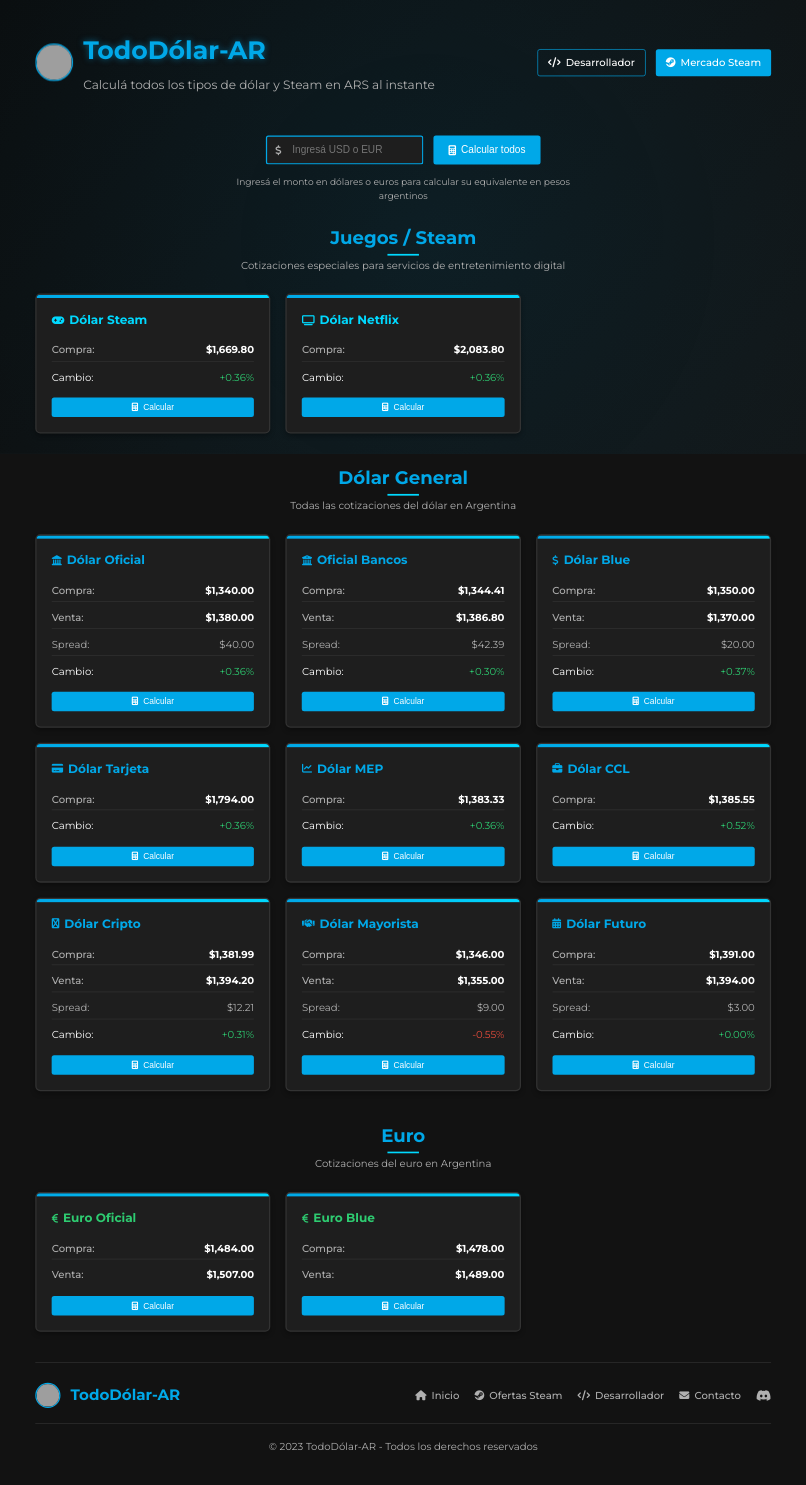
Repository: FabriDevelope/todod-lar-ar
Page: inicio/index.html
These files come from the project's save history. The page is drawn as it stood at one moment and after the next save; the edit follows.
The browser window is 1280 px wide. The pictures show the whole page, at 63% of full size.
Pictures or frames that could not be fetched are drawn as grey boxes.

Above is the page before, as saved 2025-09-06 21:17:29.

### inicio/index.html
<!DOCTYPE html>
<html lang="es">
<head>
    <meta charset="UTF-8">
    <meta name="viewport" content="width=device-width, initial-scale=1.0">
    <title>TodoDólar-AR - Calculá todos los tipos de dólar y Steam en ARS al instante</title>
    <link rel="stylesheet" href="../css/style.css">
    <link rel="icon" type="image/png" href="favicon.png">
    <link href="https://fonts.googleapis.com/css2?family=Montserrat:wght@400;500;700&display=swap" rel="stylesheet">
    <link rel="stylesheet" href="https://cdnjs.cloudflare.com/ajax/libs/font-awesome/6.4.0/css/all.min.css">
</head>
<body>
    <!-- Fondo animado -->
    <div class="animated-bg"></div>

    <div class="container">
        <!-- Header -->
        <header class="header">
            <div class="header-content">
                <div class="header-logo">
                    <img src="https://i.imgur.com/8zXZJ7I.png" alt="TodoDólar-AR Logo" class="logo-img">
                    <div>
                        <h1 class="header-title">TodoDólar-AR</h1>
                        <p class="header-subtitle">Calculá todos los tipos de dólar y Steam en ARS al instante</p>
                    </div>
                </div>
                <div class="header-links">
                    <a href="https://fabridevs.netlify.app" target="_blank" class="dev-link">
                        <i class="fas fa-code"></i> Desarrollador
                    </a>
                    <a href="https://store.steampowered.com/search/?filter=topsellers&specials=1" target="_blank" class="steam-btn">
                        <i class="fab fa-steam"></i> Mercado Steam
                    </a>
                </div>
            </div>
        </header>

        <!-- Input de cálculo -->
        <section class="calculation-section">
            <div class="input-container">
                <div class="input-group">
                    <i class="fas fa-dollar-sign input-icon"></i>
                    <input type="number" id="currency-input" placeholder="Ingresá USD o EUR" step="0.01" min="0">
                </div>
                <button id="calculate-all-btn" class="calculate-btn">
                    <i class="fas fa-calculator"></i> Calcular todos
                </button>
            </div>
            <p class="input-description">Ingresá el monto en dólares o euros para calcular su equivalente en pesos argentinos</p>
        </section>

        <!-- Tarjetas de Juegos/Steam -->
        <section class="card-section">
            <div class="section-header">
                <h2 class="section-title">Juegos / Steam</h2>
                <p class="section-description">Cotizaciones especiales para servicios de entretenimiento digital</p>
            </div>
            <div class="cards-grid" id="steam-cards">
                <!-- Las tarjetas se generarán con JavaScript -->
            </div>
        </section>

        <!-- Tarjetas de Dólar General -->
        <section class="card-section">
            <div class="section-header">
                <h2 class="section-title">Dólar General</h2>
                <p class="section-description">Todas las cotizaciones del dólar en Argentina</p>
            </div>
            <div class="cards-grid" id="general-cards">
                <!-- Las tarjetas se generarán con JavaScript -->
            </div>
        </section>

        <!-- Tarjetas de Euro -->
        <section class="card-section">
            <div class="section-header">
                <h2 class="section-title">Euro</h2>
                <p class="section-description">Cotizaciones del euro en Argentina</p>
            </div>
            <div class="cards-grid" id="euro-cards">
                <!-- Las tarjetas se generarán con JavaScript -->
            </div>
        </section>

        <!-- Footer -->
        <footer class="footer">
            <div class="footer-content">
                <div class="footer-logo">
                    <img src="https://i.imgur.com/8zXZJ7I.png" alt="TodoDólar-AR Logo" class="footer-logo-img">
                    <span class="footer-title">TodoDólar-AR</span>
                </div>
                <div class="footer-links">
                    <a href="index.html" class="footer-link">
                        <i class="fas fa-home"></i> Inicio
                    </a>
                    <a href="https://store.steampowered.com/search/?filter=topsellers&specials=1" target="_blank" class="footer-link">
                        <i class="fab fa-steam"></i> Ofertas Steam
                    </a>
                    <a href="https://fabridevs.netlify.app" target="_blank" class="footer-link">
                        <i class="fas fa-code"></i> Desarrollador
                    </a>
                    <a href="contacto/index.html" class="footer-link">
                        <i class="fas fa-envelope"></i> Contacto
                    </a>
                    <a href="https://discord.gg/your-invite-code" target="_blank" class="footer-link discord-link">
                        <i class="fab fa-discord"></i>
                    </a>
                </div>
            </div>
            <div class="footer-bottom">
                <p>&copy; 2023 TodoDólar-AR - Todos los derechos reservados</p>
            </div>
        </footer>
    </div>

    <!-- Modal para cálculo específico -->
    <div id="calc-modal" class="modal">
        <div class="modal-content">
            <div class="modal-header">
                <h3 class="modal-title" id="modal-title">Calculadora de Moneda</h3>
                <button class="modal-close-btn" id="modal-close-btn">
                    <i class="fas fa-times"></i>
                </button>
            </div>
            <div class="modal-body">
                <div class="calc-section">
                    <h4>ARS a <span id="currency-name">Moneda</span></h4>
                    <div class="calc-input-group">
                        <input type="number" id="ars-input" placeholder="Ingresá ARS" step="0.01" min="0">
                        <button class="calc-btn" id="ars-to-currency-btn">Calcular</button>
                    </div>
                    <div class="calc-result" id="ars-to-currency-result">
                        <span class="result-label">Resultado:</span>
                        <span class="result-value">0.00</span>
                    </div>
                </div>
                <div class="calc-section">
                    <h4><span id="currency-name-2">Moneda</span> a ARS</h4>
                    <div class="calc-input-group">
                        <input type="number" id="currency-input-modal" placeholder="Ingresá monto" step="0.01" min="0">
                        <button class="calc-btn" id="currency-to-ars-btn">Calcular</button>
                    </div>
                    <div class="calc-result" id="currency-to-ars-result">
                        <span class="result-label">Resultado:</span>
                        <span class="result-value">$0.00</span>
                    </div>
                </div>
            </div>
            <div class="modal-footer">
                <button class="modal-close-footer-btn" id="modal-close-footer-btn">Cerrar</button>
            </div>
        </div>
    </div>

    <script src="../js/script.js"></script>
</body>
</html>

### css/style.css
:root {
    --primary-color: #00a8e8; /* Celeste */
    --secondary-color: #005792; /* Azul oscuro */
    --accent-color: #00d9ff; /* Celeste más brillante */
    --dark-bg: #121212; /* Fondo oscuro */
    --darker-bg: #0a0a0a; /* Fondo más oscuro */
    --card-bg: #1e1e1e; /* Fondo de tarjetas */
    --light-text: #ffffff; /* Texto claro */
    --medium-text: #b0b0b0; /* Texto medio */
    --border-color: #333333; /* Color de bordes */
    --shadow: 0 4px 8px rgba(0, 0, 0, 0.3);
    --hover-shadow: 0 8px 16px rgba(0, 0, 0, 0.5);
    --transition: all 0.3s ease;
}

* {
    margin: 0;
    padding: 0;
    box-sizing: border-box;
}

body {
    font-family: 'Montserrat', sans-serif;
    background-color: var(--dark-bg);
    color: var(--light-text);
    line-height: 1.6;
    overflow-x: hidden;
    position: relative;
}

/* Fondo animado */
.animated-bg {
    position: fixed;
    top: 0;
    left: 0;
    width: 100%;
    height: 100%;
    z-index: -1;
    background: linear-gradient(135deg, #0a0a0a 0%, #121212 100%);
    overflow: hidden;
}

.animated-bg::before {
    content: '';
    position: absolute;
    top: -50%;
    left: -50%;
    width: 200%;
    height: 200%;
    background: radial-gradient(circle, rgba(0, 168, 232, 0.1) 0%, transparent 70%);
    animation: pulse 15s infinite alternate;
}

@keyframes pulse {
    0% {
        transform: translate(-10%, -10%) rotate(0deg);
    }
    100% {
        transform: translate(10%, 10%) rotate(360deg);
    }
}

.container {
    max-width: 1200px;
    margin: 0 auto;
    padding: 1rem;
    position: relative;
    z-index: 1;
}

/* Header Styles */
.header {
    padding: 2rem 0;
    animation: fadeIn 1s ease-in-out;
}

@keyframes fadeIn {
    from { opacity: 0; transform: translateY(-20px); }
    to { opacity: 1; transform: translateY(0); }
}

.header-content {
    display: flex;
    justify-content: space-between;
    align-items: center;
    flex-wrap: wrap;
    gap: 1rem;
}

.header-logo {
    display: flex;
    align-items: center;
    gap: 1rem;
}

.logo-img {
    width: 60px;
    height: 60px;
    border-radius: 50%;
    border: 2px solid var(--primary-color);
    animation: rotate 20s infinite linear;
}

@keyframes rotate {
    from { transform: rotate(0deg); }
    to { transform: rotate(360deg); }
}

.header-title {
    font-size: 2.5rem;
    font-weight: 700;
    color: var(--primary-color);
    margin-bottom: 0.5rem;
    text-shadow: 0 0 10px rgba(0, 168, 232, 0.5);
}

.header-subtitle {
    font-size: 1.2rem;
    color: var(--medium-text);
}

.header-links {
    display: flex;
    gap: 1rem;
}

.dev-link {
    color: var(--light-text);
    text-decoration: none;
    font-weight: 500;
    padding: 0.5rem 1rem;
    border: 1px solid var(--primary-color);
    border-radius: 4px;
    transition: var(--transition);
    display: flex;
    align-items: center;
    gap: 0.5rem;
}

.dev-link:hover {
    background-color: var(--primary-color);
    color: var(--dark-bg);
    transform: translateY(-2px);
}

.steam-btn, .back-btn {
    background-color: var(--primary-color);
    color: var(--light-text);
    border: none;
    padding: 0.5rem 1rem;
    border-radius: 4px;
    font-weight: 500;
    cursor: pointer;
    text-decoration: none;
    display: inline-flex;
    align-items: center;
    gap: 0.5rem;
    transition: var(--transition);
}

.steam-btn:hover, .back-btn:hover {
    background-color: var(--secondary-color);
    transform: translateY(-2px);
}

/* Input Section */
.calculation-section {
    margin: 2rem 0;
    text-align: center;
}

.input-container {
    display: flex;
    justify-content: center;
    gap: 1rem;
    flex-wrap: wrap;
    margin-bottom: 1rem;
}

.input-group {
    position: relative;
    display: flex;
    align-items: center;
}

.input-icon {
    position: absolute;
    left: 15px;
    color: var(--medium-text);
}

#currency-input {
    padding: 0.75rem 0.75rem 0.75rem 40px;
    border: 2px solid var(--primary-color);
    border-radius: 4px;
    font-size: 1rem;
    width: 250px;
    background-color: var(--card-bg);
    color: var(--light-text);
    transition: var(--transition);
}

#currency-input:focus {
    outline: none;
    border-color: var(--accent-color);
    box-shadow: 0 0 10px rgba(0, 217, 255, 0.3);
}

.input-description {
    color: var(--medium-text);
    font-size: 0.9rem;
    max-width: 600px;
    margin: 0 auto;
}

.calculate-btn {
    background-color: var(--primary-color);
    color: var(--light-text);
    border: none;
    padding: 0.75rem 1.5rem;
    border-radius: 4px;
    font-size: 1rem;
    font-weight: 500;
    cursor: pointer;
    transition: var(--transition);
    display: flex;
    align-items: center;
    gap: 0.5rem;
}

.calculate-btn:hover {
    background-color: var(--secondary-color);
    transform: translateY(-2px);
}

/* Card Section */
.section-header {
    text-align: center;
    margin-bottom: 2rem;
}

.section-title {
    font-size: 1.8rem;
    font-weight: 700;
    color: var(--primary-color);
    margin-bottom: 0.5rem;
    position: relative;
    display: inline-block;
}

.section-title::after {
    content: '';
    position: absolute;
    bottom: -5px;
    left: 50%;
    transform: translateX(-50%);
    width: 50px;
    height: 3px;
    background-color: var(--accent-color);
}

.section-description {
    color: var(--medium-text);
    max-width: 600px;
    margin: 0 auto;
}

.cards-grid {
    display: grid;
    grid-template-columns: repeat(auto-fill, minmax(280px, 1fr));
    gap: 1.5rem;
    margin-bottom: 3rem;
}

.card {
    background-color: var(--card-bg);
    border: 2px solid var(--border-color);
    border-radius: 8px;
    padding: 1.5rem;
    box-shadow: var(--shadow);
    transition: var(--transition);
    animation: fadeInUp 0.5s ease-in-out;
    position: relative;
    overflow: hidden;
}

@keyframes fadeInUp {
    from { opacity: 0; transform: translateY(20px); }
    to { opacity: 1; transform: translateY(0); }
}

.card::before {
    content: '';
    position: absolute;
    top: 0;
    left: 0;
    width: 100%;
    height: 5px;
    background: linear-gradient(90deg, var(--primary-color), var(--accent-color));
}

.card:hover {
    transform: translateY(-5px);
    box-shadow: var(--hover-shadow);
    border-color: var(--primary-color);
}

.card-title {
    font-size: 1.2rem;
    font-weight: 700;
    margin-bottom: 1rem;
    display: flex;
    align-items: center;
    gap: 0.5rem;
}

.card-title i {
    font-size: 1rem;
}

.card-values {
    margin-bottom: 1rem;
}

.card-value {
    display: flex;
    justify-content: space-between;
    margin-bottom: 0.5rem;
    padding: 0.25rem 0;
    border-bottom: 1px solid var(--border-color);
}

.card-value:last-child {
    border-bottom: none;
}

.card-value span:first-child {
    font-weight: 500;
    color: var(--medium-text);
}

.card-value span:last-child {
    font-weight: 700;
    color: var(--light-text);
}

.card-spread {
    display: flex;
    justify-content: space-between;
    margin-bottom: 0.5rem;
    color: var(--medium-text);
    padding: 0.25rem 0;
    border-bottom: 1px solid var(--border-color);
}

.card-change {
    display: flex;
    justify-content: space-between;
    margin-bottom: 1rem;
    padding: 0.25rem 0;
}

.positive {
    color: #2ecc71;
}

.negative {
    color: #e74c3c;
}

.card-btn {
    background-color: var(--primary-color);
    color: var(--light-text);
    border: none;
    padding: 0.5rem 1rem;
    border-radius: 4px;
    font-weight: 500;
    cursor: pointer;
    width: 100%;
    transition: var(--transition);
    display: flex;
    align-items: center;
    justify-content: center;
    gap: 0.5rem;
}

.card-btn:hover {
    background-color: var(--secondary-color);
}

/* Modal Styles */
.modal {
    display: none;
    position: fixed;
    top: 0;
    left: 0;
    width: 100%;
    height: 100%;
    background-color: rgba(0, 0, 0, 0.8);
    z-index: 1000;
    animation: fadeIn 0.3s ease-in-out;
}

.modal-content {
    position: relative;
    background-color: var(--card-bg);
    margin: 5% auto;
    padding: 0;
    border: 2px solid var(--primary-color);
    border-radius: 8px;
    width: 90%;
    max-width: 500px;
    box-shadow: var(--hover-shadow);
    animation: slideIn 0.3s ease-in-out;
}

@keyframes slideIn {
    from { transform: translateY(-50px); opacity: 0; }
    to { transform: translateY(0); opacity: 1; }
}

.modal-header {
    display: flex;
    justify-content: space-between;
    align-items: center;
    padding: 1rem;
    border-bottom: 1px solid var(--border-color);
}

.modal-title {
    font-size: 1.5rem;
    font-weight: 700;
    color: var(--primary-color);
}

.modal-close-btn {
    background: none;
    border: none;
    color: var(--medium-text);
    font-size: 1.5rem;
    cursor: pointer;
    transition: var(--transition);
}

.modal-close-btn:hover {
    color: var(--light-text);
}

.modal-body {
    padding: 1.5rem;
}

.calc-section {
    margin-bottom: 1.5rem;
}

.calc-section:last-child {
    margin-bottom: 0;
}

.calc-section h4 {
    font-size: 1.2rem;
    margin-bottom: 1rem;
    color: var(--light-text);
}

.calc-input-group {
    display: flex;
    gap: 0.5rem;
    margin-bottom: 1rem;
}

.calc-input-group input {
    flex: 1;
    padding: 0.75rem;
    border: 2px solid var(--border-color);
    border-radius: 4px;
    font-size: 1rem;
    background-color: var(--dark-bg);
    color: var(--light-text);
    transition: var(--transition);
}

.calc-input-group input:focus {
    outline: none;
    border-color: var(--primary-color);
}

.calc-btn {
    background-color: var(--primary-color);
    color: var(--light-text);
    border: none;
    padding: 0.75rem 1rem;
    border-radius: 4px;
    font-weight: 500;
    cursor: pointer;
    transition: var(--transition);
}

.calc-btn:hover {
    background-color: var(--secondary-color);
}

.calc-result {
    padding: 0.75rem;
    background-color: var(--dark-bg);
    border-radius: 4px;
    border: 1px solid var(--border-color);
}

.result-label {
    font-weight: 500;
    color: var(--medium-text);
}

.result-value {
    font-weight: 700;
    color: var(--primary-color);
    font-size: 1.1rem;
}

.modal-footer {
    padding: 1rem;
    border-top: 1px solid var(--border-color);
    text-align: right;
}

.modal-close-footer-btn {
    background-color: var(--primary-color);
    color: var(--light-text);
    border: none;
    padding: 0.5rem 1.5rem;
    border-radius: 4px;
    font-weight: 500;
    cursor: pointer;
    transition: var(--transition);
}

.modal-close-footer-btn:hover {
    background-color: var(--secondary-color);
}

/* Footer */
.footer {
    margin-top: 3rem;
    padding: 2rem 0;
    border-top: 1px solid var(--border-color);
}

.footer-content {
    display: flex;
    justify-content: space-between;
    align-items: center;
    flex-wrap: wrap;
    gap: 2rem;
    margin-bottom: 1.5rem;
}

.footer-logo {
    display: flex;
    align-items: center;
    gap: 1rem;
}

.footer-logo-img {
    width: 40px;
    height: 40px;
    border-radius: 50%;
    border: 2px solid var(--primary-color);
}

.footer-title {
    font-size: 1.5rem;
    font-weight: 700;
    color: var(--primary-color);
}

.footer-links {
    display: flex;
    gap: 1.5rem;
    flex-wrap: wrap;
}

.footer-link {
    color: var(--medium-text);
    text-decoration: none;
    font-weight: 500;
    transition: var(--transition);
    display: flex;
    align-items: center;
    gap: 0.5rem;
}

.footer-link:hover {
    color: var(--primary-color);
}

.discord-link {
    font-size: 1.2rem;
}

.footer-bottom {
    text-align: center;
    padding-top: 1.5rem;
    border-top: 1px solid var(--border-color);
    color: var(--medium-text);
}

/* Contact Form Styles */
.contact-section {
    margin: 2rem 0;
}

.contact-container {
    display: flex;
    gap: 2rem;
    flex-wrap: wrap;
}

.contact-info {
    flex: 1;
    min-width: 300px;
    background-color: var(--card-bg);
    border-radius: 8px;
    padding: 2rem;
    box-shadow: var(--shadow);
}

.contact-title {
    font-size: 1.8rem;
    font-weight: 700;
    color: var(--primary-color);
    margin-bottom: 1rem;
}

.contact-description {
    color: var(--medium-text);
    margin-bottom: 1.5rem;
}

.contact-details {
    display: flex;
    flex-direction: column;
    gap: 1rem;
}

.contact-item {
    display: flex;
    align-items: center;
    gap: 1rem;
    color: var(--medium-text);
}

.contact-item i {
    color: var(--primary-color);
    font-size: 1.2rem;
}

.contact-form-container {
    flex: 1;
    min-width: 300px;
    background-color: var(--card-bg);
    border-radius: 8px;
    padding: 2rem;
    box-shadow: var(--shadow);
}

.contact-form-title {
    font-size: 1.8rem;
    font-weight: 700;
    color: var(--primary-color);
    margin-bottom: 1.5rem;
}

.contact-form {
    display: flex;
    flex-direction: column;
    gap: 1.5rem;
}

.form-group {
    display: flex;
    flex-direction: column;
    gap: 0.5rem;
}

.form-group label {
    font-weight: 500;
    color: var(--medium-text);
}

.form-group input,
.form-group textarea {
    padding: 0.75rem;
    border: 2px solid var(--border-color);
    border-radius: 4px;
    font-size: 1rem;
    background-color: var(--dark-bg);
    color: var(--light-text);
    transition: var(--transition);
}

.form-group input:focus,
.form-group textarea:focus {
    outline: none;
    border-color: var(--primary-color);
}

.submit-btn {
    background-color: var(--primary-color);
    color: var(--light-text);
    border: none;
    padding: 0.75rem 1.5rem;
    border-radius: 4px;
    font-size: 1rem;
    font-weight: 500;
    cursor: pointer;
    transition: var(--transition);
    align-self: center;
    display: flex;
    align-items: center;
    gap: 0.5rem;
}

.submit-btn:hover {
    background-color: var(--secondary-color);
}

/* Responsive Design */
@media (max-width: 768px) {
    .header-content {
        flex-direction: column;
        text-align: center;
    }

    .header-title {
        font-size: 2rem;
    }

    .header-subtitle {
        font-size: 1rem;
    }

    .input-container {
        flex-direction: column;
        align-items: center;
    }

    #currency-input {
        width: 100%;
        max-width: 300px;
    }

    .cards-grid {
        grid-template-columns: repeat(auto-fill, minmax(250px, 1fr));
    }

    .footer-content {
        flex-direction: column;
        text-align: center;
    }

    .contact-container {
        flex-direction: column;
    }
}

Loaded but not shown: js/script.js (380 lines, source omitted)

After the next save:
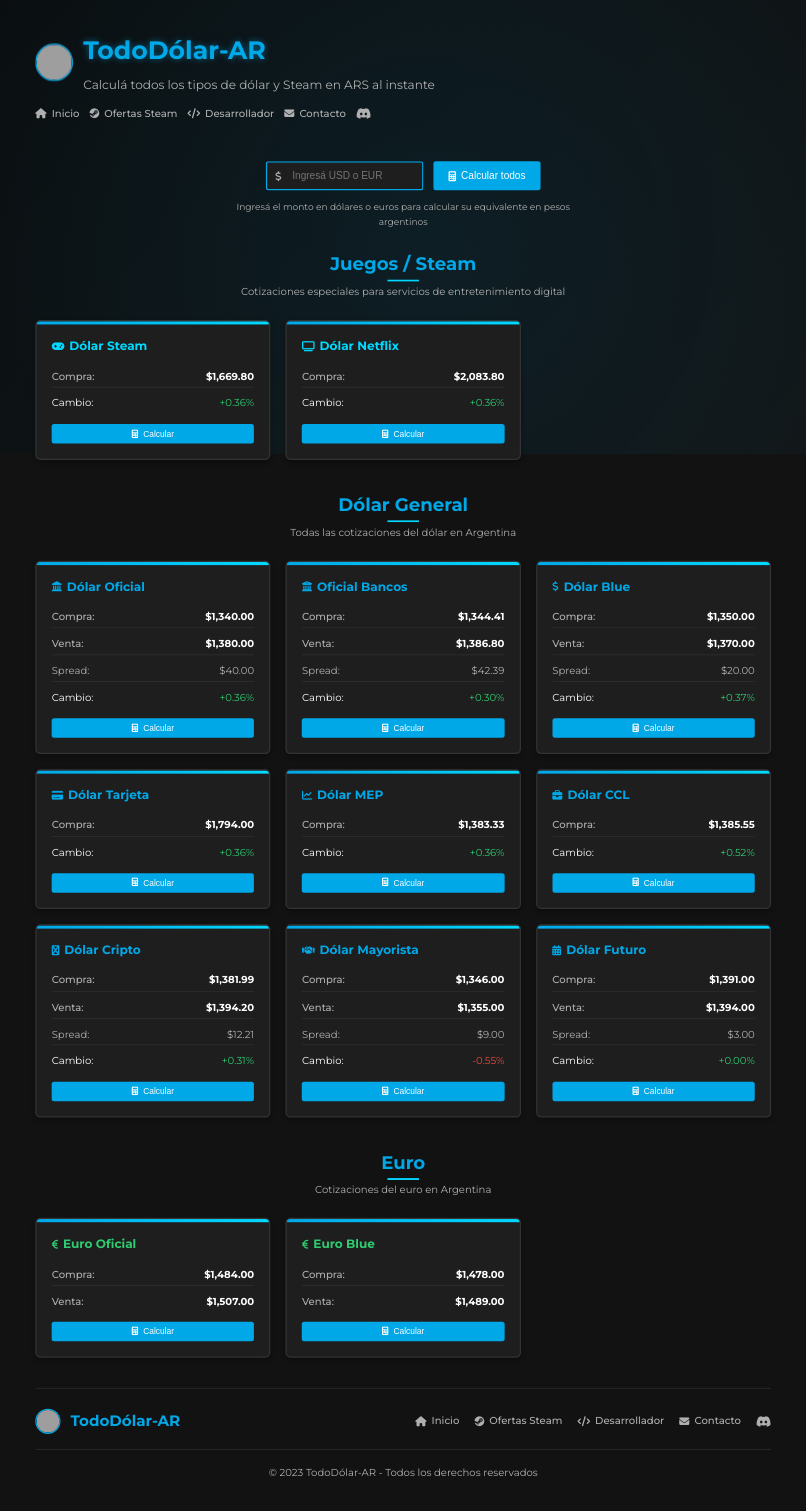
Saved 76 s later.
--- a/inicio/index.html
+++ b/inicio/index.html
@@ -25,11 +25,20 @@
                     </div>
                 </div>
                 <div class="header-links">
-                    <a href="https://fabridevs.netlify.app" target="_blank" class="dev-link">
+                    <a href="index.html" class="footer-link">
+                        <i class="fas fa-home"></i> Inicio
+                    </a>
+                    <a href="https://store.steampowered.com/search/?filter=topsellers&specials=1" target="_blank" class="footer-link">
+                        <i class="fab fa-steam"></i> Ofertas Steam
+                    </a>
+                    <a href="https://fabridevs.netlify.app" target="_blank" class="footer-link">
                         <i class="fas fa-code"></i> Desarrollador
                     </a>
-                    <a href="https://store.steampowered.com/search/?filter=topsellers&specials=1" target="_blank" class="steam-btn">
-                        <i class="fab fa-steam"></i> Mercado Steam
+                    <a href="contacto/index.html" class="footer-link">
+                        <i class="fas fa-envelope"></i> Contacto
+                    </a>
+                    <a href="https://discord.gg/your-invite-code" target="_blank" class="footer-link discord-link">
+                        <i class="fab fa-discord"></i>
                     </a>
                 </div>
             </div>
